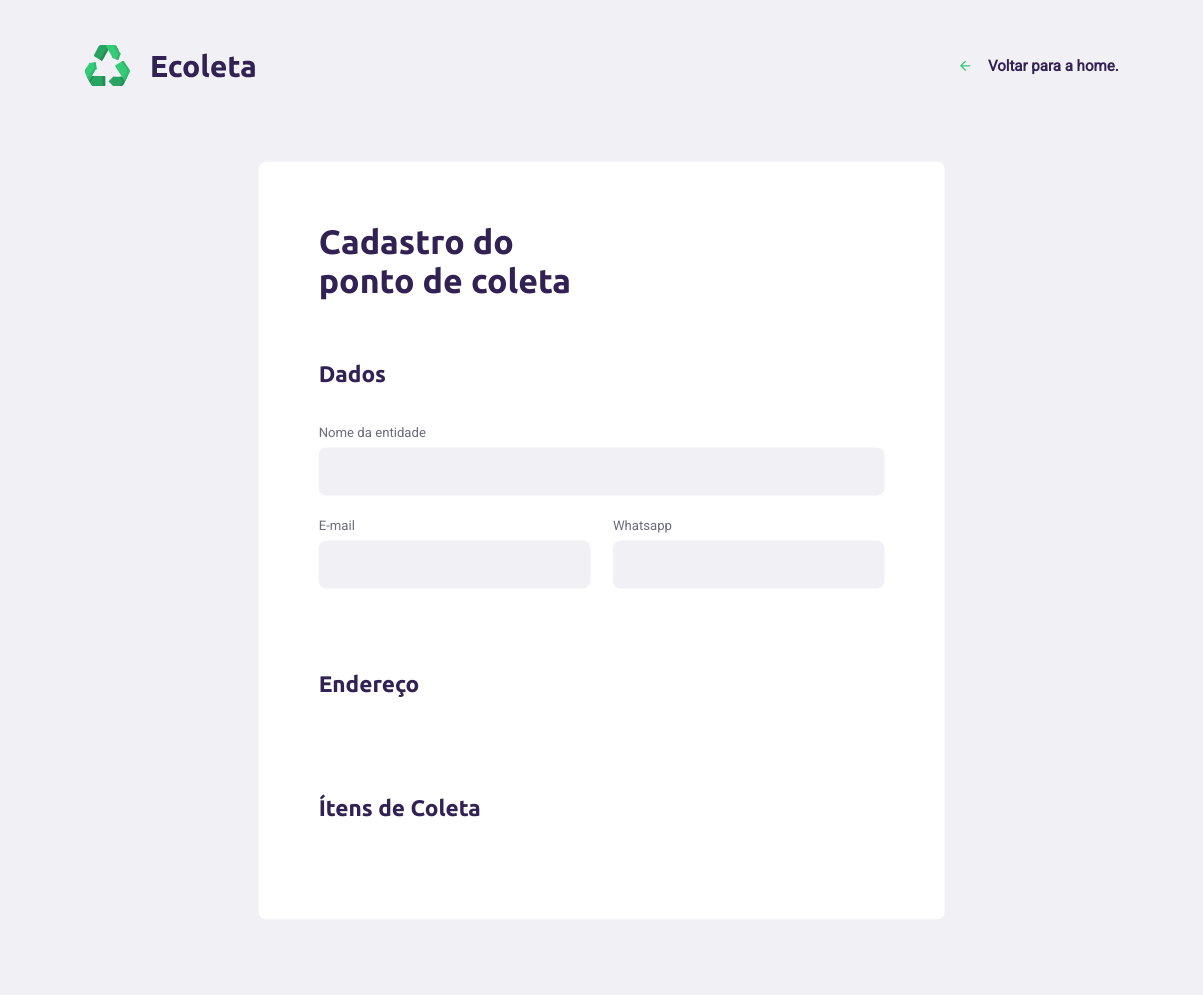
Repository: DavidSamerson/NLW_treinamento_2020
Page: /CreatePoint (app in webapp/)
An editor plug-in stored every save of this project. The page is shown before and after the next save, followed by the edit.
The browser window is 1280 px wide. The pictures show the whole page, at 94% of full size.
The project was rebuilt for these pictures with package versions that can differ from the ones it lists, and the page was loaded fresh each time. Also part of the build but not shown: webapp/src/pages/Home/styles.css, webapp/src/pages/Home/index.tsx.

Above is the page before, as saved 2020-06-16 15:23:31.

After the next save:
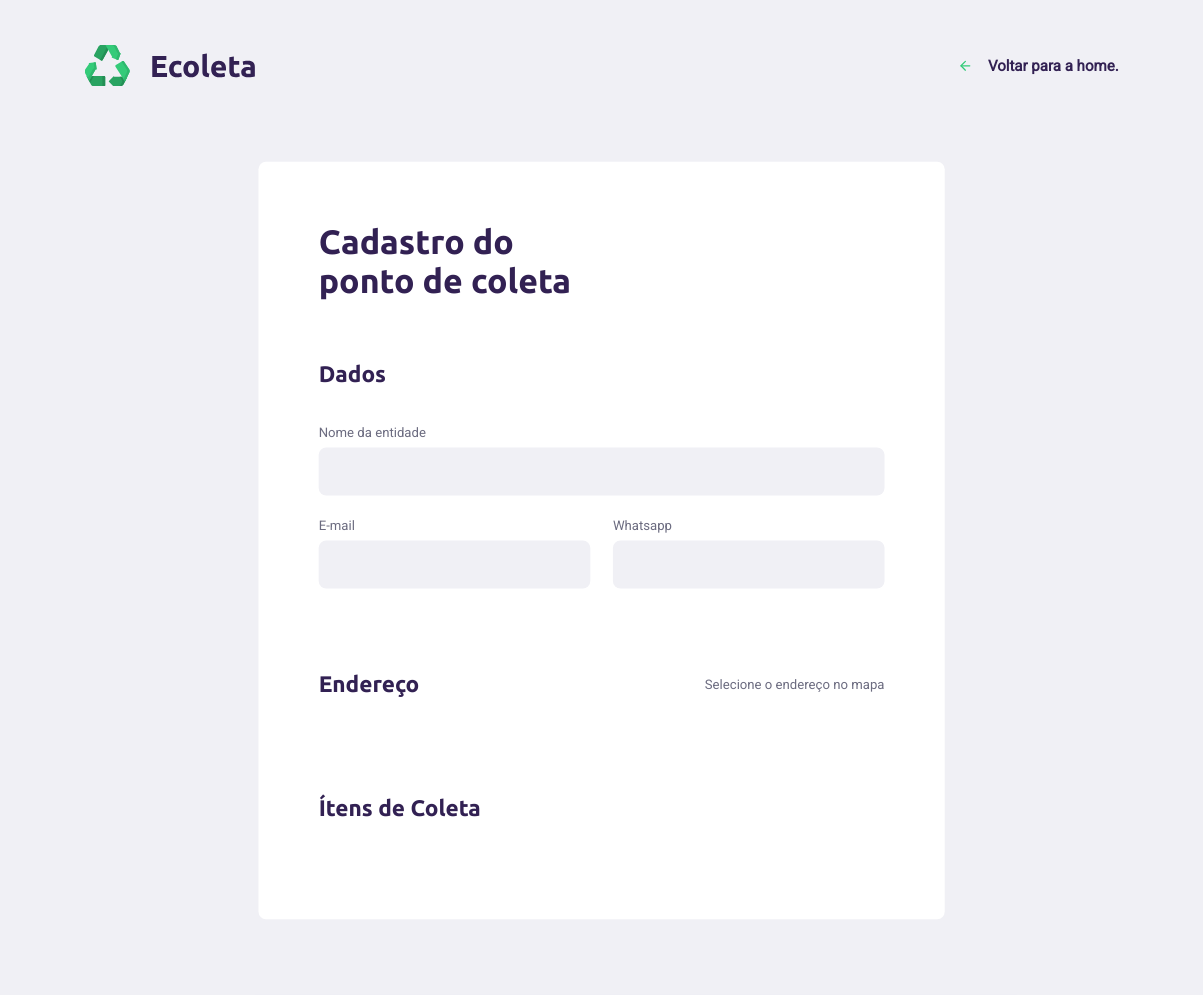
Saved 39 s later.
--- a/webapp/src/pages/CreatePoint/index.tsx
+++ b/webapp/src/pages/CreatePoint/index.tsx
@@ -61,6 +61,7 @@ const CreatePoint = () => {
                 <fieldset>
                     <legend>
                         <h2>Endereço</h2>
+                        <span>Selecione o endereço no mapa</span>
                     </legend>
                 </fieldset>
 
